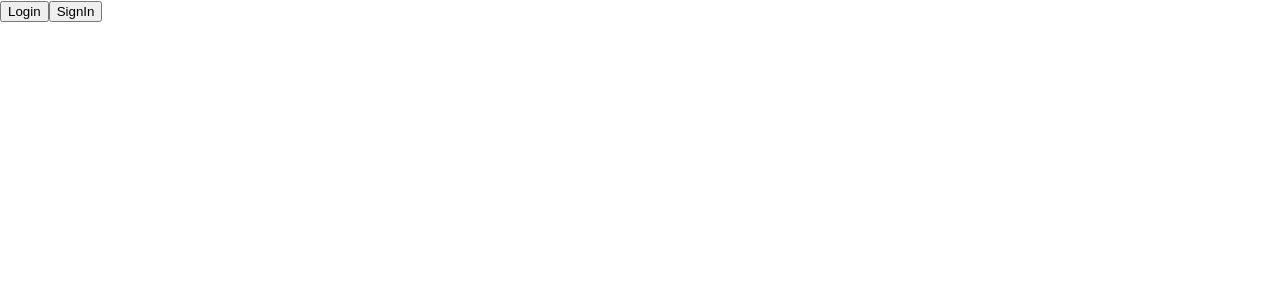
Repository: ehabmelhem/FullStack_Tweetapp
Page: / (app in tweet-app-demo/)
The author's editor kept a copy of each file at every save. The page is drawn from the files as they stood at one save, then again after a run of saves.
The browser window is 1280 px wide. The pictures show the whole page.
The project was rebuilt for these pictures with package versions that can differ from the ones it lists, and the page was loaded fresh each time. A package was used in the major version that the imports need, not the one package.json lists. Also part of the build but not shown: tweet-app-demo/src/App.css, tweet-app-demo/src/Componets/Login.css.

Above is the page before, as saved 2021-01-27 22:05:29.

### tweet-app-demo/src/App.js
import "./App.css";
import { useEffect, useState } from "react";
import { BrowserRouter as Router, Switch, Route, Link } from "react-router-dom";

function App() {
  return (
    <Router>
      <Switch>
        <div className="app">
          <Route>

          </Route>
          <button>Login</button>
          <button>SignIn</button>
        </div>
      </Switch>
    </Router>
  );
}

export default App;

### tweet-app-demo/src/Componets/Login.js
import React from "react";
import "./Login.css";
function Login() {
  return (
    <div className="login">
      <h1>Login Page</h1>
    </div>
  );
}

export default Login;

Loaded but not shown: tweet-app-demo/public/index.html (common file); tweet-app-demo/src/index.js (common file); tweet-app-demo/src/index.css (common file); tweet-app-demo/src/reportWebVitals.js (common file); tweet-app-demo/src/App.css (no copy from this time; the picture is the same without it)

After the next 3 saves:
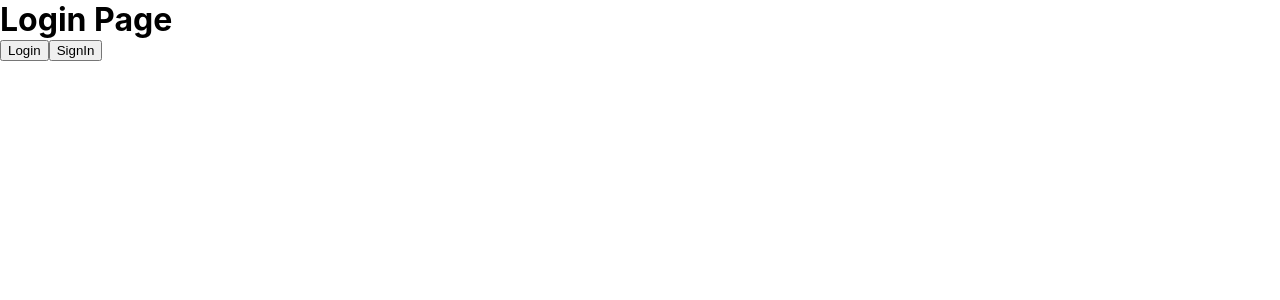
The 3 saves are shown as one change because they came seconds apart.
The last was saved 7 s later.
--- a/tweet-app-demo/src/App.js
+++ b/tweet-app-demo/src/App.js
@@ -1,6 +1,7 @@
 import "./App.css";
 import { useEffect, useState } from "react";
 import { BrowserRouter as Router, Switch, Route, Link } from "react-router-dom";
+import Login from "./Componets/Login";
 
 function App() {
   return (
@@ -8,7 +9,7 @@
       <Switch>
         <div className="app">
           <Route>
-
+            <Login />
           </Route>
           <button>Login</button>
           <button>SignIn</button>

After the 4 saves that followed:
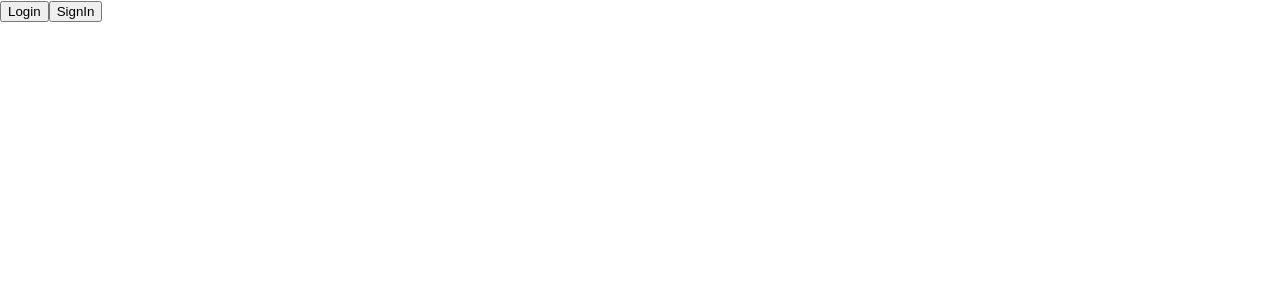
The 4 saves are shown as one change because 1 left the picture as it was and some came seconds apart.
The last was saved 12 s later.
--- a/tweet-app-demo/src/App.js
+++ b/tweet-app-demo/src/App.js
@@ -8,7 +8,7 @@
     <Router>
       <Switch>
         <div className="app">
-          <Route>
+          <Route path="/login">
             <Login />
           </Route>
           <button>Login</button>
